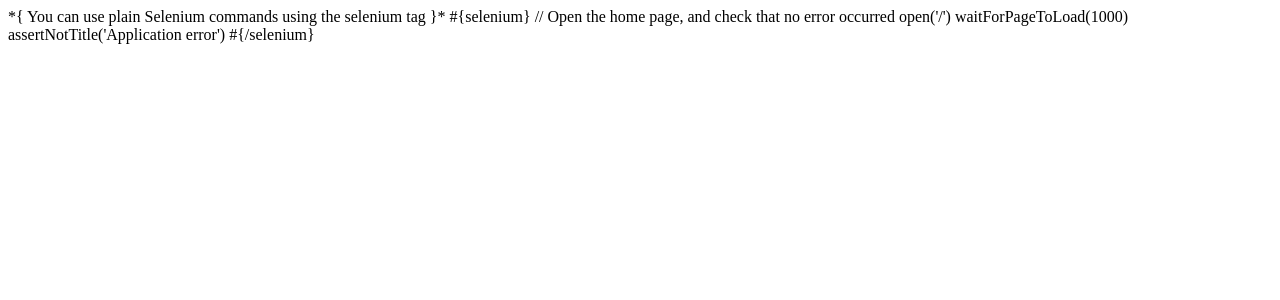
Repository: danilofonte/playframework-tutorial
Page: Myapp/eclipse/classes/Application.test.html
An editor plug-in stored every save of this project. The page is shown before and after the next save, followed by the edit.
The browser window is 1280 px wide. The pictures show the whole page.

Above is the page before, as saved 2014-02-04 16:31:34.

### Myapp/eclipse/classes/Application.test.html
*{ You can use plain Selenium commands using the selenium tag }*

#{selenium}
    // Open the home page, and check that no error occurred
    open('/')
    waitForPageToLoad(1000)
    assertNotTitle('Application error')
#{/selenium}

After the next save:
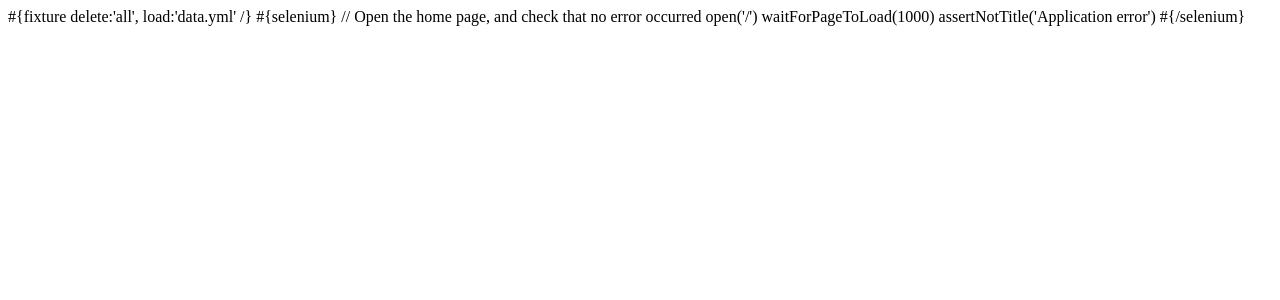
Saved 64 min 19 s later.
--- a/Myapp/eclipse/classes/Application.test.html
+++ b/Myapp/eclipse/classes/Application.test.html
@@ -1,4 +1,4 @@
-*{ You can use plain Selenium commands using the selenium tag }*
+#{fixture delete:'all', load:'data.yml' /}
 
 #{selenium}
     // Open the home page, and check that no error occurred
